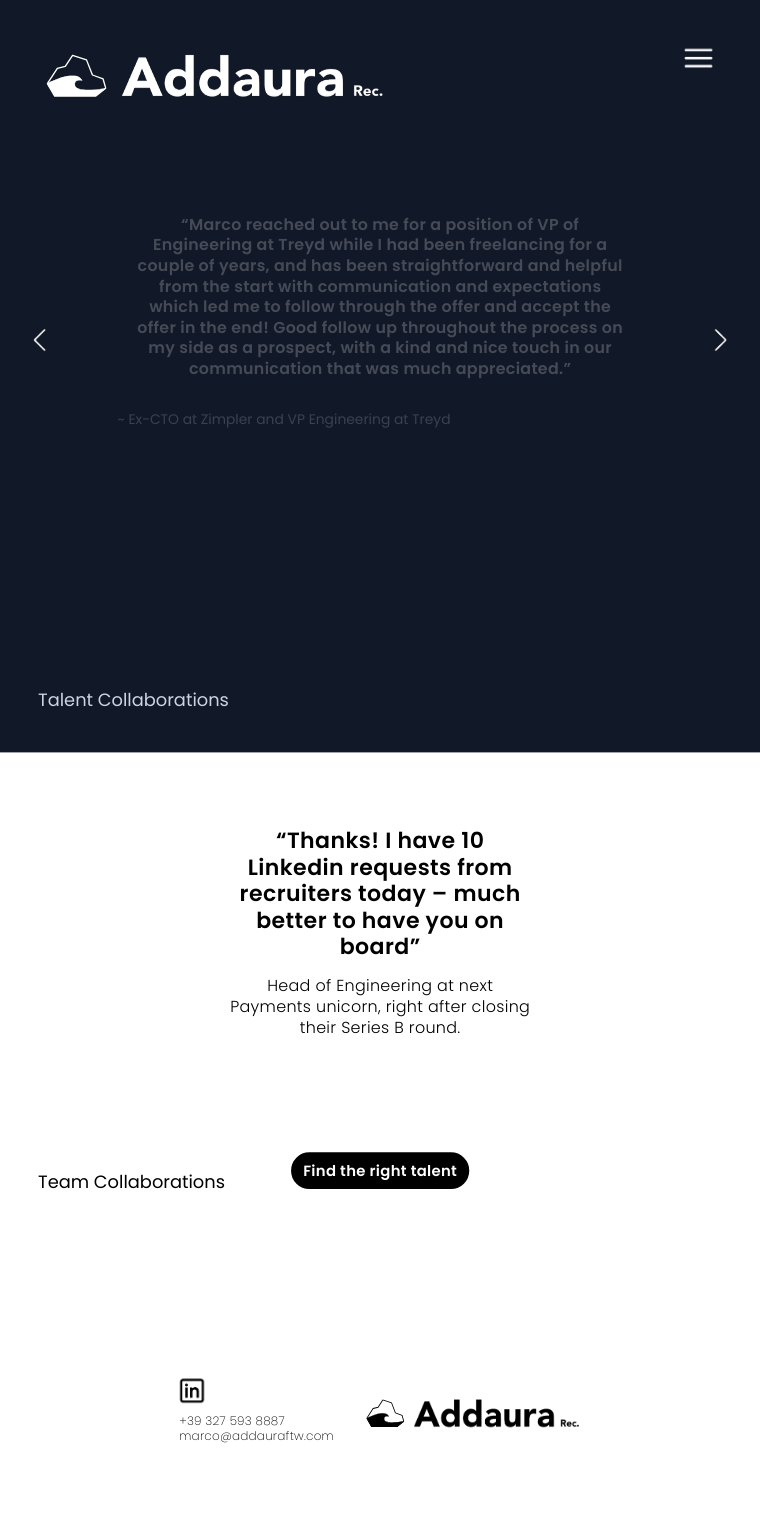
Repository: UnatPannu/Addaura-Trial
Page: public/clients.html
An editor plug-in stored every save of this project. The page is shown before and after the next save, followed by the edit.
The browser window is 768 px wide. The pictures show the whole page, at 99% of full size.

Above is the page before, as saved 2025-09-22 19:41:54.

After the next save:
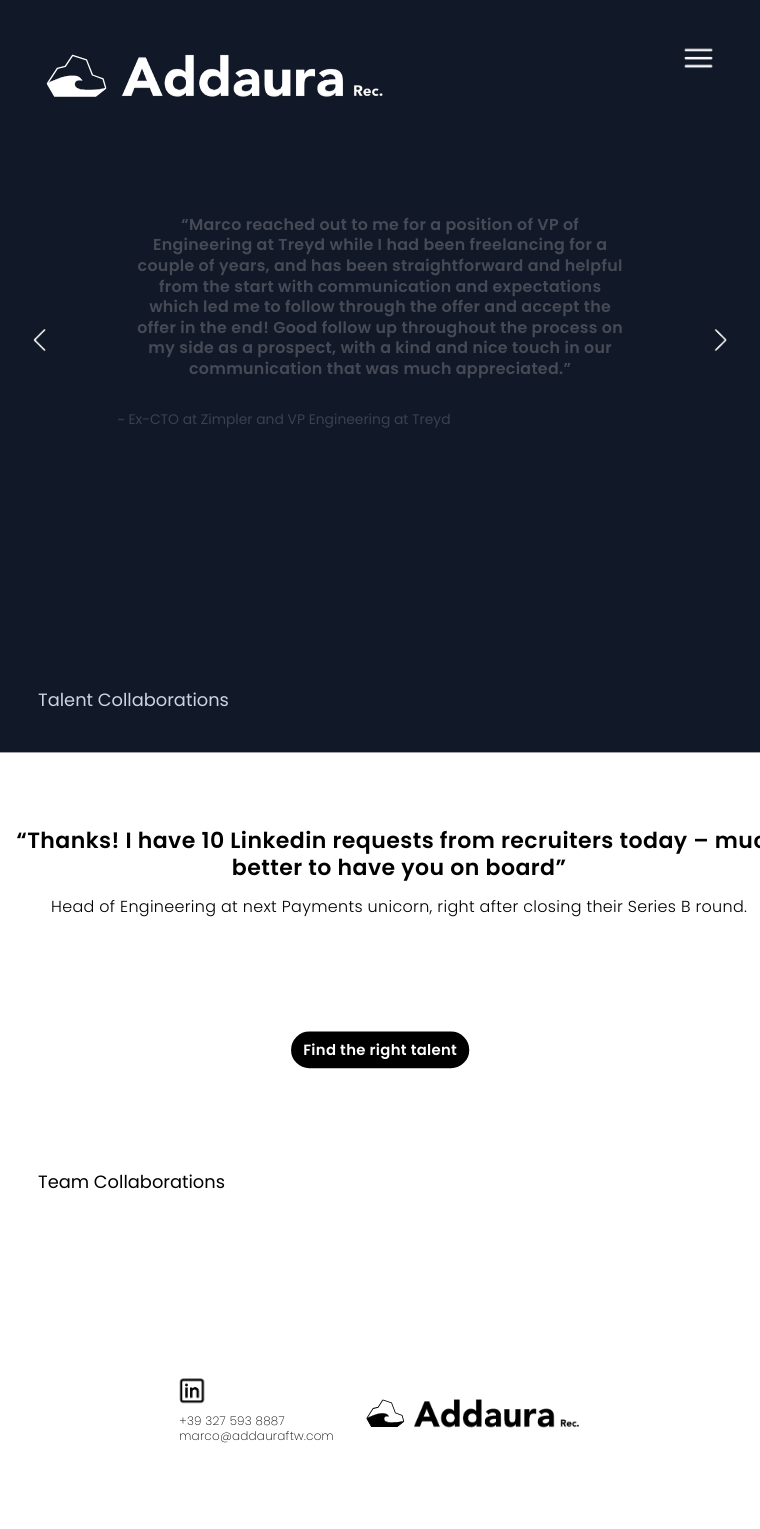
Saved 4 s later.
--- a/public/styles/clients.css
+++ b/public/styles/clients.css
@@ -175,6 +175,6 @@
     width:100vw;
   }
   .team-section p, .team-section h4{
-
+    width:105%;
   }
 }
